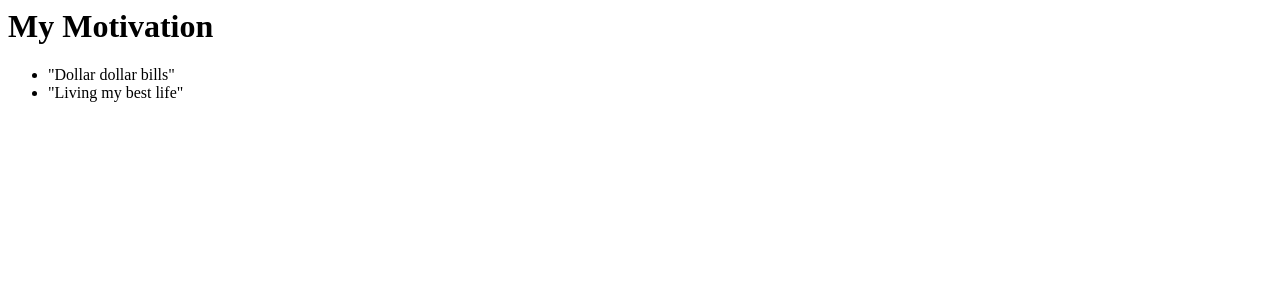
Repository: alicjasapieja/example-repository
Page: my_list.html
The author's editor kept a copy of each file at every save. The page is drawn from the files as they stood at one save, then again after the next save.
The browser window is 1280 px wide. The pictures show the whole page.

Above is the page before, as saved 2022-05-10 12:15:30.

After the next save:
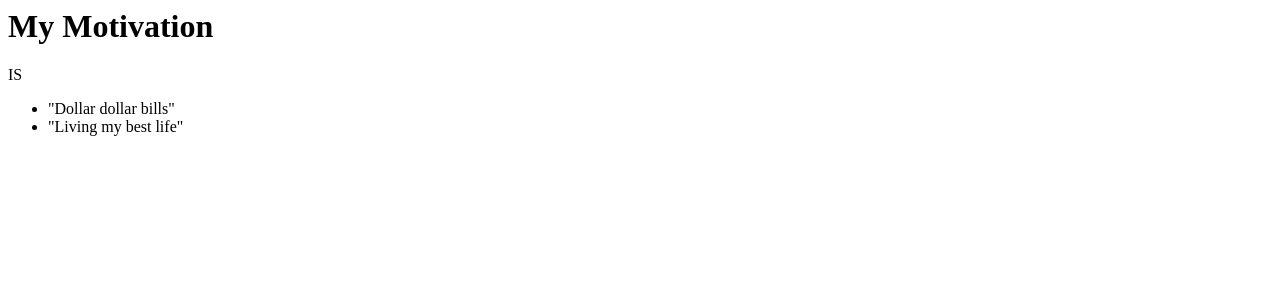
Saved 90 s later.
--- a/my_list.html
+++ b/my_list.html
@@ -1,4 +1,5 @@
 <h1>My Motivation</h1>
+<p>IS</p>
 <ul>
 <li>"Dollar dollar bills"</li>
 <li>"Living my best life"</li>
